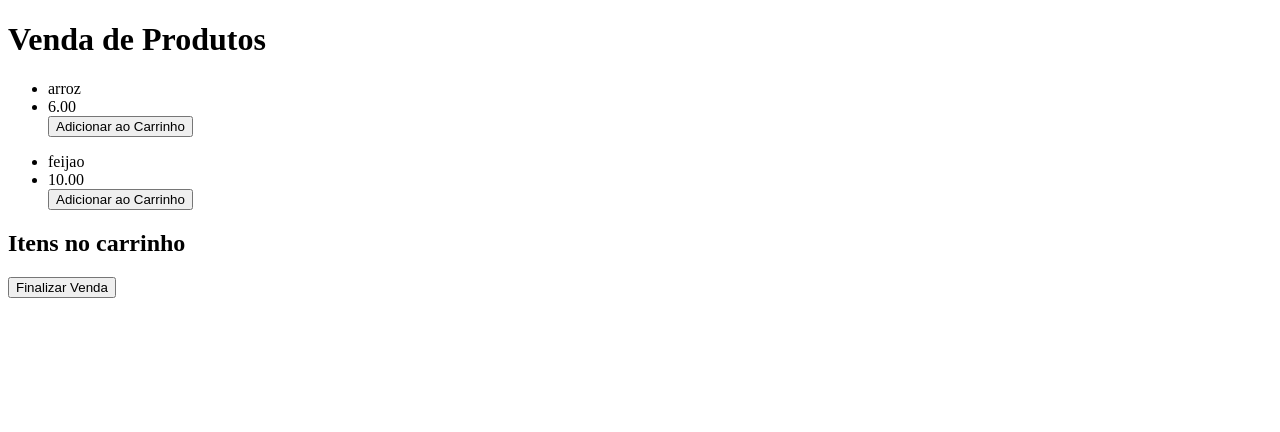
Repository: joaobatistafrontend/test-venda
Page: http://localhost/
An editor plug-in stored every save of this project. The page is shown before and after the next save, followed by the edit.
The browser window is 1280 px wide. The pictures show the whole page.
The page is served by the project's application, run on Django 4.2 (manage.py). Other server files are loaded and not shown. The page reads the database file committed with the project. Queries for data that is not in the repository find no rows.

Above is the page before, as saved 2024-09-23 01:04:09.

### templates/venda.html
<!DOCTYPE html>
<html lang="en">
<head>
    <meta charset="UTF-8">
    <meta name="viewport" content="width=device-width, initial-scale=1.0">
    <title>Venda de Produtos</title>
</head>
<body>
    <h1>Venda de Produtos</h1>

    <!-- Exibição dos produtos disponíveis -->
    {% for p in produtos %}
        <ul>
            <li>{{ p.nome }}</li>
            <li>{{ p.valor }}</li>

            <!-- Formulário para adicionar o produto ao carrinho -->
            <form action="" method="post">
                {% csrf_token %}
                <input type="hidden" name="produto_id" value="{{ p.id }}">
                <button class="btn btn-primary" type="submit">Adicionar ao Carrinho</button>
            </form>
        </ul>
    {% endfor %}

    <!-- Exibição do conteúdo do carrinho -->
    <h2>Itens no carrinho</h2>
    <ul>
        {% for item in item %}
            <li>{{ item.produto }} - {{ item.quantidade }} unidades - Total: R${{ item.preco_total }}</li>
        {% endfor %}
    </ul>

    <!-- Botão para finalizar a venda -->
    <form action="{% url 'finalizar_venda' %}" method="post">
        {% csrf_token %}
        <button type="submit" class="btn btn-success">Finalizar Venda</button>
    </form>

</body>
</html>

### core/models.py
from django.db import models
from django.db.models import Max
from decimal import Decimal
from django.db.models.signals import pre_save
from django.dispatch import receiver
from datetime import date
from django.utils import timezone


class NovaCategoria(models.Model):
    nome = models.CharField(max_length=100)
    def __str__(self) -> str:
        return f'{self.nome}'


class Produto(models.Model):
    nome = models.CharField(max_length=100, blank=True, null=True)
    valor = models.DecimalField(max_digits=10, decimal_places=2, blank=True, null=True)
    tipo_categoria = models.ForeignKey(NovaCategoria, on_delete=models.CASCADE)

    def __str__(self):
        return f"{self.nome} x {self.valor}"


class ItemDoCarrinho(models.Model):
    produto = models.ForeignKey(Produto, on_delete=models.CASCADE)
    quantidade = models.PositiveIntegerField(default=0)
    preco_total = models.DecimalField(max_digits=10, decimal_places=2, null=True, blank=True)

    def save(self, *args, **kwargs):
        # Calcula o preço total do item no carrinho com base no valor do produto
        self.preco_total = self.produto.valor * self.quantidade
        super(ItemDoCarrinho, self).save(*args, **kwargs)

    def __str__(self):
        return f"{self.quantidade} x {self.produto.nome}"

class Carrinho(models.Model):

    produto = models.ForeignKey(Produto, on_delete=models.CASCADE)
    quantidade = models.IntegerField(default=1)

    def save(self, *args, **kwargs):
        # Calcula o preço total do item no carrinho com base no valor do produto
        self.preco_total = self.produto.valor * self.quantidade
        super(Carrinho, self).save(*args, **kwargs)

    def __str__(self):
        return f"{self.quantidade} x {self.produto.nome}"


class Venda(models.Model):
    numero_venda = models.IntegerField()
    data_venda = models.DateField(default=date.today)

    def __str__(self):
        return f"Venda #{self.numero_venda} - {self.data_venda}"


class VendaDoProduto(models.Model):
    venda = models.ForeignKey(Venda, on_delete=models.CASCADE, related_name='itens', blank=True, null=True)
    produto = models.ForeignKey(Produto, on_delete=models.CASCADE)
    qtd = models.IntegerField(blank=True, null=True)
    data_venda = models.DateField()  # Remova auto_now_add=True
    total = models.DecimalField(max_digits=10, decimal_places=2, blank=True, null=True)

    def __str__(self):
        return f"Venda {self.venda} - Produto {self.produto.nome} - {self.qtd} unidades - Total: R${self.total} - Data {self.data_venda}"




# Função que será chamada antes de salvar uma instância de VendaDoProduto
@receiver(pre_save, sender=VendaDoProduto)
def update_total(sender, instance, **kwargs):
    # Verifica se o produto e a quantidade não são nulos e calcula o total
    if instance.produto.valor and instance.qtd:
        instance.total = instance.produto.valor * instance.qtd
    else:
        instance.total = 0  # Define total como 0 se valor ou qtd forem nulos

### core/venda.py
from django.shortcuts import render, redirect
from django.views.generic import TemplateView
from .models import Produto, Carrinho, ItemDoCarrinho, Venda, VendaDoProduto
from django.utils import timezone

class VendaView(TemplateView):
    template_name = 'venda.html'

    def get(self, request):
        produtos = Produto.objects.all()
        carrinho = Carrinho.objects.all()  # Pega os itens do carrinho
        item = ItemDoCarrinho.objects.all()

        total = sum(item.preco_total for item in carrinho)

        # Criar uma venda ou pegar uma venda existente (substitua pela lógica necessária)
        venda_atual = Venda.objects.first()  # Exemplo de pegar a primeira venda. Isso dependerá da sua lógica de fluxo.

        # Pegar todos os produtos associados a essa venda
        itens_venda = VendaDoProduto.objects.filter(venda=venda_atual)

        # Calcular o total da venda somando os totais de cada item da venda
        total_venda = sum(item.total for item in itens_venda)



        return render(request, self.template_name, {
            'produtos': produtos,
            'carrinho': carrinho,
            'total_venda': total_venda,
            'venda': venda_atual,
            'itens_venda': itens_venda,
        })
    def post(self, request):
        # Quando o botão "Adicionar ao Carrinho" for pressionado
        produto_id = request.POST.get('produto_id')
        produto = Produto.objects.get(id=produto_id)

        # Adiciona ou atualiza o produto no carrinho
        carrinho_item, created = ItemDoCarrinho.objects.get_or_create(produto=produto)
        if not created:
            carrinho_item.quantidade += 1  # Incrementa a quantidade se o item já estiver no carrinho
        carrinho_item.save()

        # Redireciona para a mesma página após adicionar o produto
        return redirect('venda')

# Função para finalizar a venda e criar a instância de Venda e VendaDoProduto
def finalizar_venda(request):
    itens_do_carrinho = ItemDoCarrinho.objects.all()

    if itens_do_carrinho.exists():
        # Criar uma nova venda
        nova_venda = Venda.objects.create(numero_venda=get_proximo_numero_venda(), data_venda=timezone.now())

        # Para cada item no carrinho, cria um VendaDoProduto
        for item in itens_do_carrinho:
            VendaDoProduto.objects.create(
                venda=nova_venda,
                produto=item.produto,
                qtd=item.quantidade,
                data_venda=timezone.now(),
                total=item.preco_total
            )

        # Limpa o carrinho após a venda
        itens_do_carrinho.delete()

    return redirect('venda_sucesso')  # Redireciona para uma página de sucesso

def get_proximo_numero_venda():
    ultima_venda = Venda.objects.aggregate(Max('numero_venda'))
    proximo_numero = (ultima_venda['numero_venda__max'] or 0) + 1
    return proximo_numero

### venda/urls.py
"""
URL configuration for venda project.

The `urlpatterns` list routes URLs to views. For more information please see:
    https://docs.djangoproject.com/en/4.2/topics/http/urls/
Examples:
Function views
    1. Add an import:  from my_app import views
    2. Add a URL to urlpatterns:  path('', views.home, name='home')
Class-based views
    1. Add an import:  from other_app.views import Home
    2. Add a URL to urlpatterns:  path('', Home.as_view(), name='home')
Including another URLconf
    1. Import the include() function: from django.urls import include, path
    2. Add a URL to urlpatterns:  path('blog/', include('blog.urls'))
"""
from django.contrib import admin
from django.urls import path, include

urlpatterns = [
    path('admin/', admin.site.urls),
    path('', include('core.urls')),
]

### core/urls.py
from django.urls import path
from .views import *
from .venda import *

urlpatterns = [
    path('i', VendaView.as_view(), name='venda'),
    path('', VendaView.as_view(), name='venda'),
    path('finalizar/', finalizar_venda, name='finalizar_venda'),




    path('adicionar/<int:produto_id>/', adicionar_ao_carrinho, name='adicionar_ao_carrinho'),
    path('add_prod_carrinho/<int:produto_id>/', adicionar_no_carrinho, name='adicionar_no_carrinho'),
    path('remover_prod_carrinho/<int:produto_id>/', remover_do_carrinho, name='remover_do_carrinho'),
    path('remover_todos_do_carrinho/<int:produto_id>/', remover_todos_do_carrinho, name='remover_todos_do_carrinho'),

]

### db.sqlite3 (the tables this page reads, as SQL)
CREATE TABLE "core_produto" ("id" integer NOT NULL PRIMARY KEY AUTOINCREMENT, "nome" varchar(100) NULL, "valor" decimal NULL, "tipo_categoria_id" bigint NOT NULL REFERENCES "core_novacategoria" ("id") DEFERRABLE INITIALLY DEFERRED);
INSERT INTO "core_produto" VALUES
(1, 'arroz', 6, 1),
(2, 'feijao', 10, 1);

CREATE TABLE "core_venda" ("id" integer NOT NULL PRIMARY KEY AUTOINCREMENT, "numero_venda" integer NOT NULL, "data_venda" date NOT NULL);
INSERT INTO "core_venda" VALUES
(2, 1, '2024-09-23');

CREATE TABLE "core_vendadoproduto" ("id" integer NOT NULL PRIMARY KEY AUTOINCREMENT, "qtd" integer NULL, "data_venda" date NOT NULL, "total" decimal NULL, "produto_id" bigint NOT NULL REFERENCES "core_produto" ("id") DEFERRABLE INITIALLY DEFERRED, "venda_id" bigint NULL REFERENCES "core_venda" ("id") DEFERRABLE INITIALLY DEFERRED);
INSERT INTO "core_vendadoproduto" VALUES
(1, 12, '2024-09-23', 120, 2, 2),
(2, 7, '2024-09-23', 42, 1, 2);

After the next save:
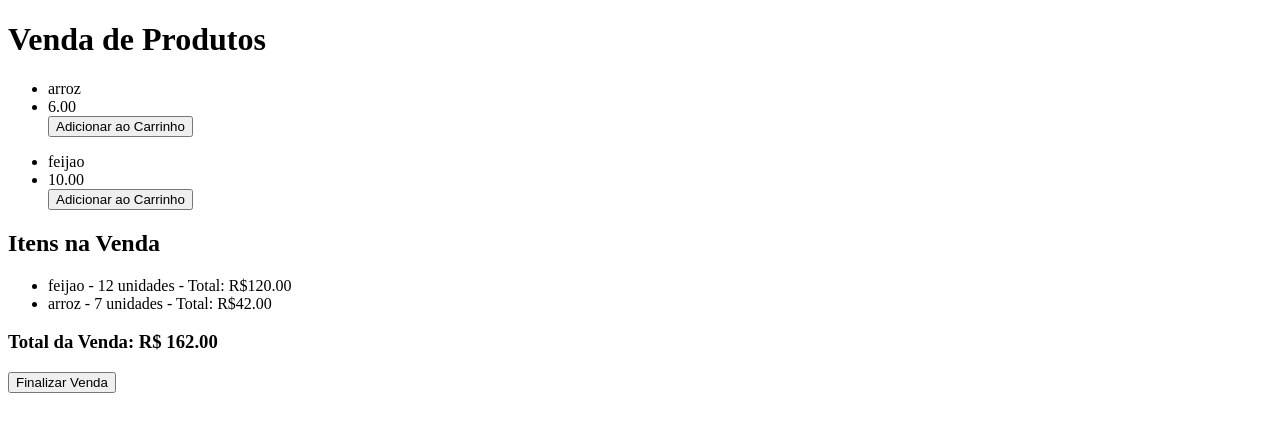
Saved 13 s later.
--- a/templates/venda.html
+++ b/templates/venda.html
@@ -8,13 +8,13 @@
 <body>
     <h1>Venda de Produtos</h1>
 
-    <!-- Exibição dos produtos disponíveis -->
+    <!-- Exibição dos produtos disponíveis para venda -->
     {% for p in produtos %}
         <ul>
             <li>{{ p.nome }}</li>
             <li>{{ p.valor }}</li>
 
-            <!-- Formulário para adicionar o produto ao carrinho -->
+            <!-- Formulário para adicionar o produto ao carrinho (venda) -->
             <form action="" method="post">
                 {% csrf_token %}
                 <input type="hidden" name="produto_id" value="{{ p.id }}">
@@ -23,13 +23,16 @@
         </ul>
     {% endfor %}
 
-    <!-- Exibição do conteúdo do carrinho -->
-    <h2>Itens no carrinho</h2>
+    <!-- Exibição dos itens já adicionados à venda -->
+    <h2>Itens na Venda</h2>
     <ul>
-        {% for item in item %}
-            <li>{{ item.produto }} - {{ item.quantidade }} unidades - Total: R${{ item.preco_total }}</li>
+        {% for item in itens_venda %}
+            <li>{{ item.produto.nome }} - {{ item.qtd }} unidades - Total: R${{ item.total }}</li>
         {% endfor %}
     </ul>
+
+    <!-- Exibição do total geral da venda -->
+    <h3>Total da Venda: R$ {{ total_venda }}</h3>
 
     <!-- Botão para finalizar a venda -->
     <form action="{% url 'finalizar_venda' %}" method="post">

After the save that followed:
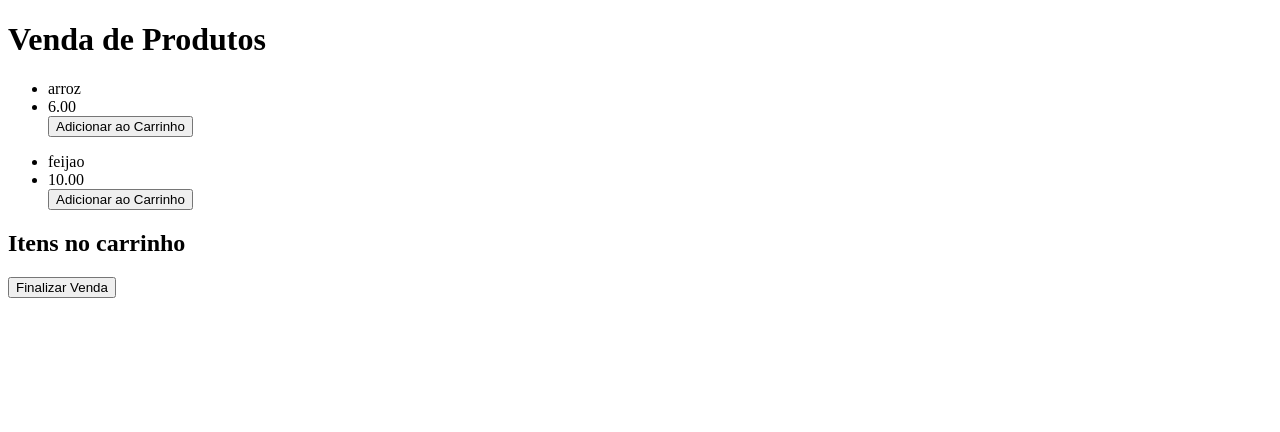
Saved 11 s later.
--- a/templates/venda.html
+++ b/templates/venda.html
@@ -8,13 +8,13 @@
 <body>
     <h1>Venda de Produtos</h1>
 
-    <!-- Exibição dos produtos disponíveis para venda -->
+    <!-- Exibição dos produtos disponíveis -->
     {% for p in produtos %}
         <ul>
             <li>{{ p.nome }}</li>
             <li>{{ p.valor }}</li>
 
-            <!-- Formulário para adicionar o produto ao carrinho (venda) -->
+            <!-- Formulário para adicionar o produto ao carrinho -->
             <form action="" method="post">
                 {% csrf_token %}
                 <input type="hidden" name="produto_id" value="{{ p.id }}">
@@ -23,16 +23,13 @@
         </ul>
     {% endfor %}
 
-    <!-- Exibição dos itens já adicionados à venda -->
-    <h2>Itens na Venda</h2>
+    <!-- Exibição do conteúdo do carrinho -->
+    <h2>Itens no carrinho</h2>
     <ul>
-        {% for item in itens_venda %}
-            <li>{{ item.produto.nome }} - {{ item.qtd }} unidades - Total: R${{ item.total }}</li>
+        {% for item in item %}
+            <li>{{ item.produto }} - {{ item.quantidade }} unidades - Total: R${{ item.preco_total }}</li>
         {% endfor %}
     </ul>
-
-    <!-- Exibição do total geral da venda -->
-    <h3>Total da Venda: R$ {{ total_venda }}</h3>
 
     <!-- Botão para finalizar a venda -->
     <form action="{% url 'finalizar_venda' %}" method="post">
